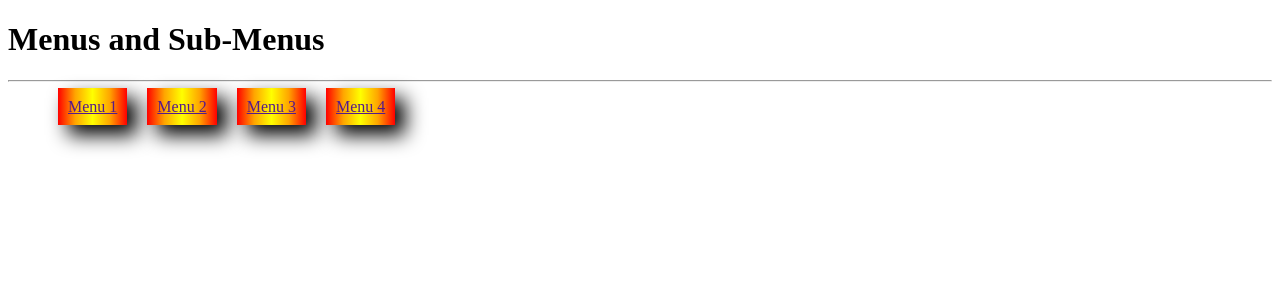
Repository: abhishekj720/HSBCLearn
Page: gagan/JEE/HtmlCssDemo/WebContent/Demos/SubMenus.html
These files come from the project's save history. The page is drawn as it stood at one moment and after the next save; the edit follows.
The browser window is 1280 px wide. The pictures show the whole page.

Above is the page before, as saved 2019-07-30 05:30:04.

### gagan/JEE/HtmlCssDemo/WebContent/Demos/SubMenus.html
<!DOCTYPE html>
<html>
<head>
<meta charset="ISO-8859-1">
<title>Sub Menus</title>
<style>
	#menu{
		display: flex;
		list-style: none;
		}
	.submenu{
		display:none;
		list-style: none;
	}

	.submenu li{
		background-color: blue;
		padding : 10px;
		color: white;
		border-bottom: 2px solid gray;
	}

	menu>li{
		margin : 10px;

	}

	#menu>li a{    /*     >li used  */
		margin: 10px;
		width: 100px;
		padding: 10px;
		background: -webkit-linear-gradient(left, red, orange, yellow, orange, red);
		box-shadow: 10px 10px 20px black;
	}

	#menu>li:hover .submenu{
		display:block;
	}




</style>


</head>
<body>
<h1>Menus and Sub-Menus</h1>
<hr/>
<ul id="menu">
	<li><a href="">Menu 1</a>
		<ul class="submenu">
			<li>Sub Menu 1</li>
			<li>Sub Menu 2</li>
			<li>Sub Menu 3</li>
		</ul>
	</li>

	<li><a href="">Menu 2</a>
		<ul class="submenu">
			<li>Sub Menu 1</li>
			<li>Sub Menu 2</li>
			<li>Sub Menu 3</li>
		</ul>
	</li>

	<li><a href="">Menu 3</a>
		<ul class="submenu">
			<li>Sub Menu 1</li>
			<li>Sub Menu 2</li>
			<li>Sub Menu 3</li>
		</ul>
	</li>

	<li><a href="">Menu 4</a>
		<ul class="submenu">
			<li>Sub Menu 1</li>
			<li>Sub Menu 2</li>
			<li>Sub Menu 3</li>
		</ul>
	</li>

</ul>



</body>
</html>

After the next save:
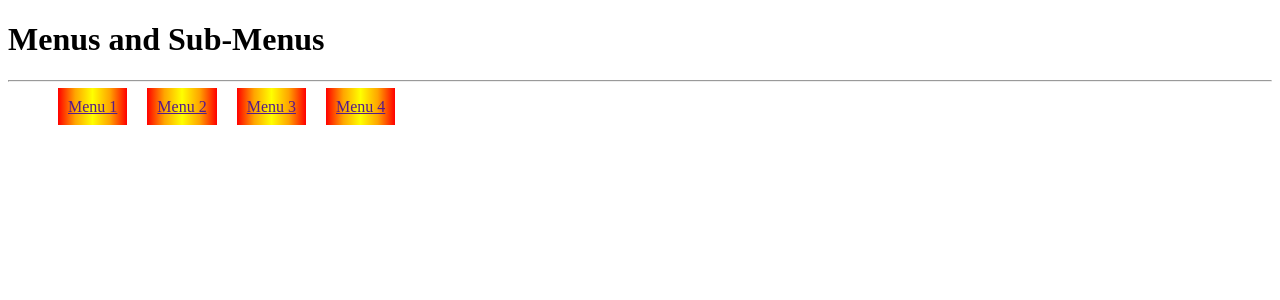
Saved 9 s later.
--- a/gagan/JEE/HtmlCssDemo/WebContent/Demos/SubMenus.html
+++ b/gagan/JEE/HtmlCssDemo/WebContent/Demos/SubMenus.html
@@ -30,7 +30,7 @@
 		width: 100px;
 		padding: 10px;
 		background: -webkit-linear-gradient(left, red, orange, yellow, orange, red);
-		box-shadow: 10px 10px 20px black;
+
 	}
 
 	#menu>li:hover .submenu{

After the save that followed:
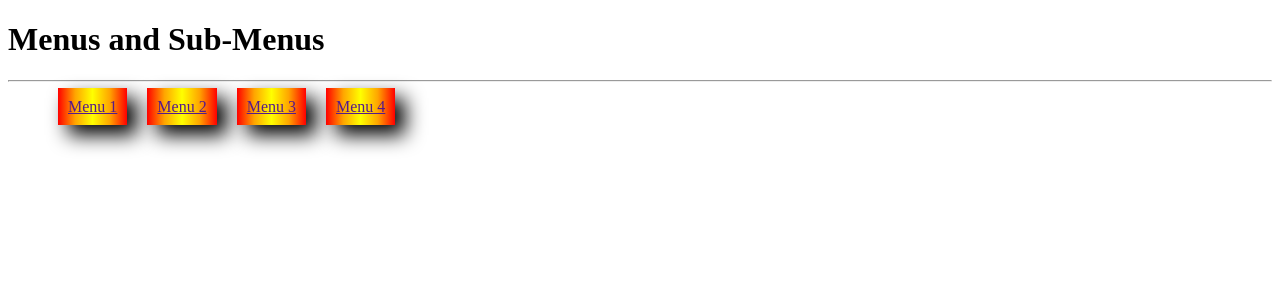
Saved 7 s later.
--- a/gagan/JEE/HtmlCssDemo/WebContent/Demos/SubMenus.html
+++ b/gagan/JEE/HtmlCssDemo/WebContent/Demos/SubMenus.html
@@ -30,7 +30,7 @@
 		width: 100px;
 		padding: 10px;
 		background: -webkit-linear-gradient(left, red, orange, yellow, orange, red);
-
+		box-shadow: 10px 10px 20px black;
 	}
 
 	#menu>li:hover .submenu{
